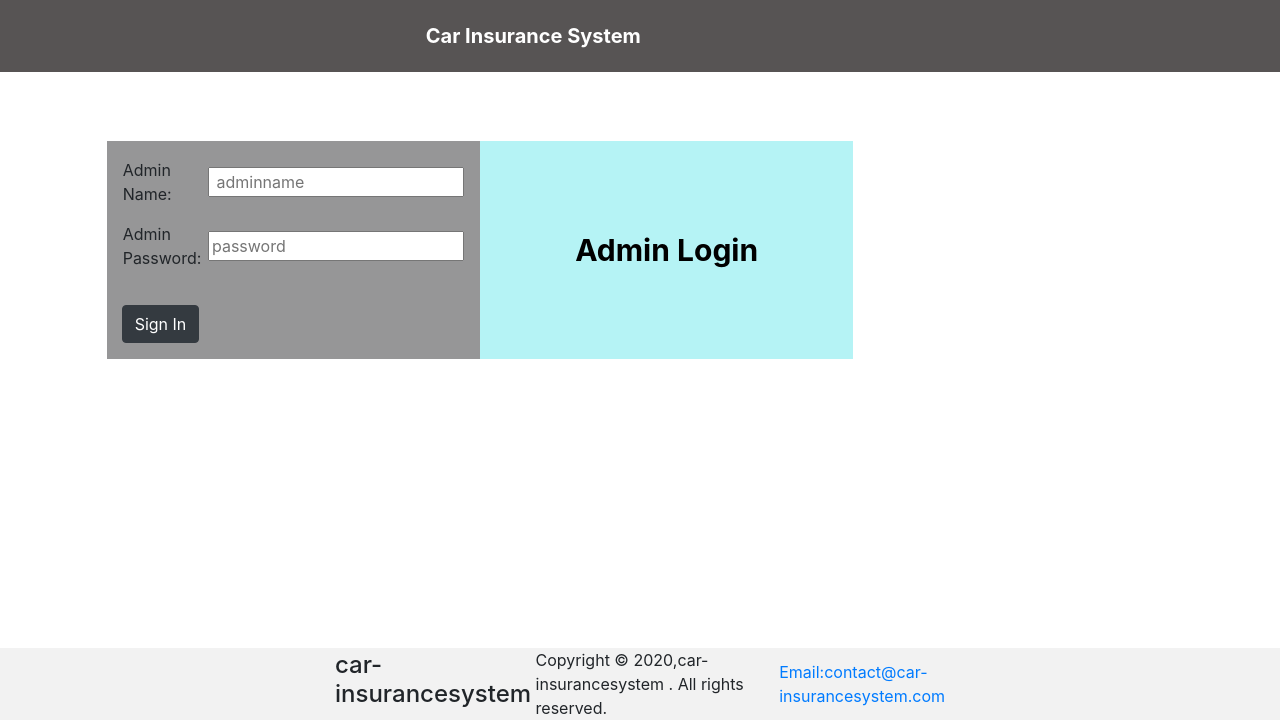
Repository: pdway/Adv-JAVA
Page: http://localhost/Car_insurance_system/
The author's editor kept a copy of each file at every save. The page is drawn from the files as they stood at one save, then again after the next save.
The browser window is 1280 px wide. The pictures show the whole page.
The page is served by Tomcat 9. Other server files are loaded and not shown.

Above is the page before, as saved 2020-11-05 06:14:55.
Not found: carinsys/Car_insurance_system/Car_insurance_system/img11.jpg

### carinsys/Car_insurance_system/WebContent/index.jsp
<%@ page language="java" contentType="text/html; charset=ISO-8859-1"
    pageEncoding="ISO-8859-1"%>
<!DOCTYPE html>
<html>
<head>
<meta charset="ISO-8859-1">

 <meta charset="UTF-8">
    <meta name="viewport" content="width=device-width, initial-scale=1.0">
    <title>Document</title>
    <!-- CSS only -->
    <link rel="stylesheet" href="https://stackpath.bootstrapcdn.com/bootstrap/4.5.2/css/bootstrap.min.css"
        integrity="sha384-JcKb8q3iqJ61gNV9KGb8thSsNjpSL0n8PARn9HuZOnIxN0hoP+VmmDGMN5t9UJ0Z" crossorigin="anonymous">

<title>Login Form</title>
</head>

<style>
    .img {
        background: url("img11.jpg");
        background-repeat: no-repeat;
        background-size: cover;
        background-position: center;
    }

    #image {
        height: 57px;
        width: 60px;
        margin-top: 1px;




    }

    td {
        padding-bottom: 15px;





    }
</style>

<body>


 <div class="container-fluid">
        <div class="row" style="height: 100vh;">
            <div class="col">
                <div class="row"
                    style="height:10vh;color: white;text-align:center;font-weight:bold;background: rgb(87, 84, 84);">

                    <div class="col-10 d-flex justify-content-center align-items-center"
                        style="color: white;text-align:center;font-weight:bold;font-size:20px">
                        Car Insurance System

                    </div>

                </div>
                <div class="row img" style="height: 80vh; ">
                    <div class="col-md-1 col-0">
                    </div>
                    <div class="col-md-7 ">
                        <div class="row" style="height: 12%;">

                        </div>
                        <div class="row">

                            <div class="col-md-6">
                                <div class="row " style="background:rgba(13, 13, 14, 0.432) ;">
                                    <div class="col mt-3 mb-3">


                                        <form action="login.htm" method="post">
                                            <table align="center">

                                                <tr>
                                                    <td>
                                                        Admin Name:
                                                    </td>
                                                    <td>
                                                        <input type="text" placeholder=" adminname" name="AdminName" required="required" />
                                                    </td>
                                                </tr>

                                                <tr>
                                                    <td>
                                                        Admin Password:
                                                    </td>
                                                    <td>
                                                        <input type="password" placeholder="password" name="AdminPass" required="required" />
                                                    </td>
                                                </tr>







                                            </div>
                                        </div>

                                    </div>



                                            </table>
                                             <div class="row mt-2">

                                                    <div class="col-5">
                                                        <button type="submit" class="btn btn-dark btn-md" style="margin-top: 12px;">Sign In</button>
                                                    </div>
                                                </div>
                                            <form>






                                    </div>
                                </div>

                            </div>
                            <div class="col-md-6 d-flex justify-content-center align-items-center "
                                style="background:rgb(181, 243, 245) ;font-size:30px;font-weight: bold;">
                                <a style="color: black">Admin Login</a>

                            </div>

                        </div>
                    </div>

                    <div class="col-3">

                    </div>


                </div>
                <footer class="row" style="height:10vh;background-color:rgb(242,242,242)">

                    <div class="col-3"></div>
                    <div class="col-12 col-md-6" style="justify-content: center;display: flex;align-items: center">
                        <h4>car-insurancesystem</h4>&nbsp;
                        <div> Copyright © 2020,car-insurancesystem . All rights reserved.</div>&nbsp;


                        <a href="https://www.carinsurancesystem.com//">Email:contact@car-insurancesystem.com </a>

                    </div>
                    <div class="col-3"></div>

                </footer>





            </div>


        </div>

    </div>



</body>




<!--
	<form action="login.htm" method="post" >
<table style="text-align: center; padding: 10px">
<tr><td>
Username:<input type="text" placeholder=" adminname" name="AdminName" required="required">
</td>
</tr>
<tr><td>
Password:<input type="password" placeholder="password" name="AdminPass" required="required">
</td>
</tr>
<tr><td>
<button>Login Here</button>
</td>
</tr>
</table>
</form>
 -->



</html>

After the next save:
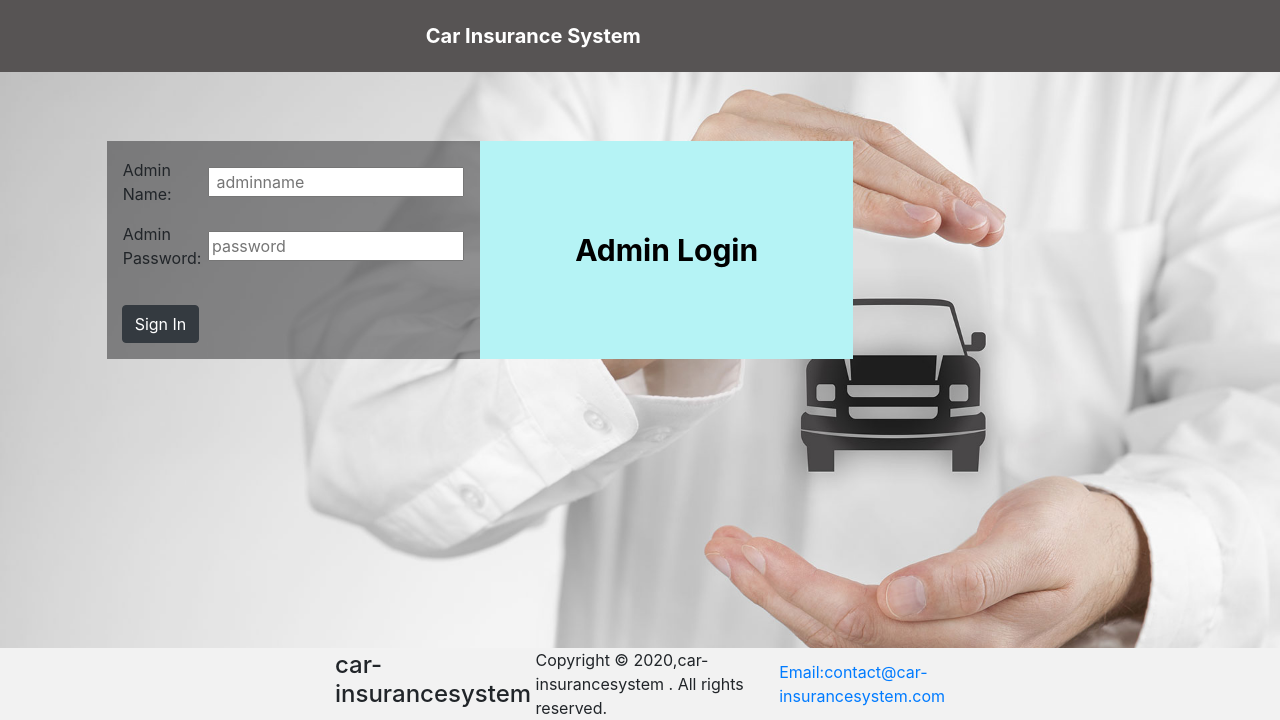
Saved 21 min 1 s later.
--- a/carinsys/Car_insurance_system/WebContent/index.jsp
+++ b/carinsys/Car_insurance_system/WebContent/index.jsp
@@ -17,7 +17,7 @@
 
 <style>
     .img {
-        background: url("img11.jpg");
+        background: url("img12.jpg");
         background-repeat: no-repeat;
         background-size: cover;
         background-position: center;
